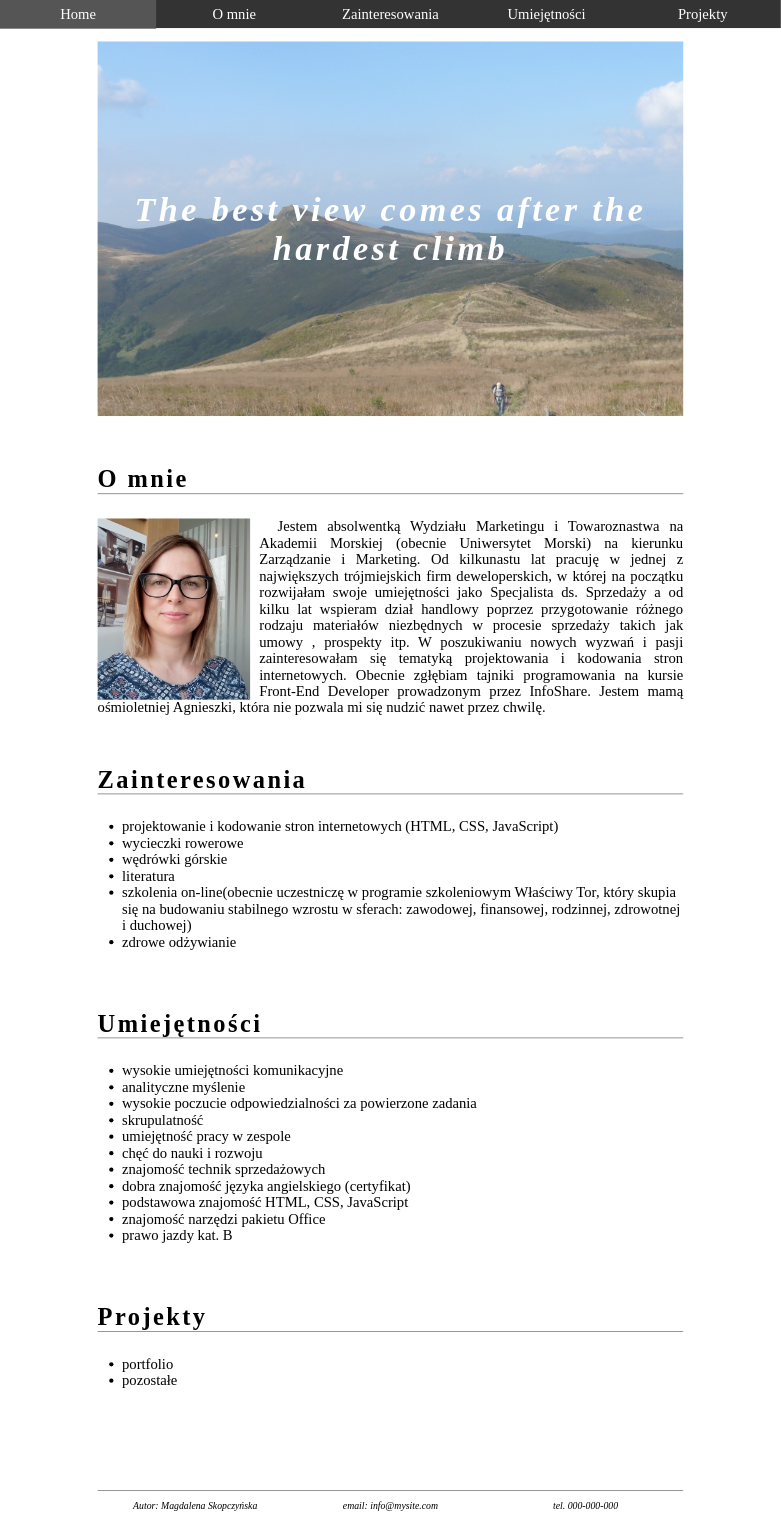
Repository: MagJaw/portfolio
Page: portfolio.html
These files come from the project's save history. The page is drawn as it stood at one moment and after the next save; the edit follows.
The browser window is 1280 px wide. The pictures show the whole page, at 61% of full size.

Above is the page before, as saved 2018-11-13 01:09:38.

### portfolio.html
<!DOCTYPE html>
<html lang="pl">
<head>
    <meta charset="UTF-8">
    <meta name="viewport" content="width=device-width, initial-scale=1.0">
    <meta http-equiv="X-UA-Compatible" content="ie=edge">
    <link rel="stylesheet" href="main.css">
    <title>Portfolio</title>
</head>
<body>
    <div id="wrapper">
        <div id="section1"></div>
        <nav role="navigation" class="menu__container">
            <ul class="menu">
                <li class="menu__section">
                    <a href="#section1">Home</a>
                </li>
                <li class="menu__section">
                    <a href="#section2">O mnie</a>
                </li>
                <li class="menu__section">
                    <a href="#section3">Zainteresowania</a>
                </li>
                <li class="menu__section">
                    <a href="#section4">Umiejętności</a>
                </li>
                <li class="menu__section">
                    <a href="#section5">Projekty</a>
                </li>
            </ul>
        </nav>
        <div class="motto__container">
            <blockquote id="quote"><b>The best view comes after the hardest climb</b></blockquote>
        </div>

        <div id="section2">
            <h1 class="header__section">O mnie</h1>
            <img src="portret.jpg" class="my__photo">
            <p id="history"> Jestem absolwentką Wydziału Marketingu i Towaroznastwa na Akademii Morskiej (obecnie Uniwersytet Morski) na kierunku Zarządzanie i Marketing. Od kilkunastu lat pracuję w jednej z największych trójmiejskich firm deweloperskich, w której na początku rozwijałam swoje umiejętności jako Specjalista ds. Sprzedaży a od kilku lat wspieram dział handlowy poprzez przygotowanie różnego rodzaju materiałów niezbędnych w procesie sprzedaży takich jak umowy , prospekty itp. W poszukiwaniu nowych wyzwań i pasji zainteresowałam się tematyką projektowania i kodowania stron internetowych. Obecnie zgłębiam tajniki programowania na kursie Front-End Developer prowadzonym przez InfoShare. Jestem mamą ośmioletniej Agnieszki, która nie pozwala mi się nudzić nawet przez chwilę.</p>
        </div>
        <div id="section3">
            <h1 class="header__section">Zainteresowania</h1>
            <ul>
                <li>projektowanie i kodowanie stron internetowych (HTML, CSS, JavaScript)</li>
                <li>wycieczki rowerowe</li>
                <li>wędrówki górskie</li>
                <li>literatura</li>
                <li>szkolenia on-line(obecnie uczestniczę w programie szkoleniowym Właściwy Tor, który skupia się na budowaniu stabilnego wzrostu w sferach: zawodowej, finansowej, rodzinnej, zdrowotnej i duchowej)</li>
                <li>zdrowe odżywianie</li>
            </ul>
        </div>
        <div id="section4">
            <h1 class="header__section">Umiejętności</h1>
            <ul>
                <li>wysokie umiejętności komunikacyjne</li>
                <li>analityczne myślenie</li>
                <li>wysokie poczucie odpowiedzialności za powierzone zadania</li>
                <li>skrupulatność</li>
                <li>umiejętność pracy w zespole</li>
                <li>chęć do nauki i rozwoju</li>
                <li>znajomość technik sprzedażowych</li>
                <li>dobra znajomość języka angielskiego (certyfikat)</li>
                <li>podstawowa znajomość HTML, CSS, JavaScript</li>
                <li>znajomość narzędzi pakietu Office</li>
                <li>prawo jazdy kat. B</li>
            </ul>
        </div>
        <div id="section5">
            <h1 class="header__section">Projekty</h1>
            <ul>
                <li>portfolio</li>
                <li>pozostałe</li>
            </ul>
        </div>
        <div id="footer">
            <p>Autor: Magdalena Skopczyńska</p>
            <p>email: info@mysite.com</p>
            <p>tel. 000-000-000</p>
        </div>
    </div>
</body>
</html>

### main.css
html {
    font-size: 16px;
    scroll-behavior: smooth;
  }

#wrapper {
    width: 100%;
    max-width: 960px;
    margin: 0 auto;
}

.menu__container {
background:  #333;
}

.menu {
    list-style-type: none;
    padding: 0;
    margin: 0;
}

.menu__container a {
    text-decoration: none;
    text-align: center;
    color: #fff;
    display: block;
    padding: 10px;
}

.menu__container a:hover {
background-color: #555;
}

.motto__container {
width: 100%;
height: 48vw;
background-image: url(tapeta.jpg);
background-color: #555;
opacity: 0.8;
display: table;
}

#quote {
font-size: 3.5em;
letter-spacing: 0.1em;
font-style: italic;
color: #fff;
text-align: center;
vertical-align: middle;
display: table-cell;
margin: 0;
}

p, li {
font-size: 1.5em;
}

.header__section {
font-size: 2.5em;
letter-spacing: 0.1em;
border-bottom: 1px solid #555;
margin-top: 1em;
margin-bottom: 1em;
}

.my__photo {
float: left;
padding-right: 15px;
}

#history {
margin: 0;
text-indent: 30px;
text-align: justify;
}

#footer {
height: 46px;
bottom: 0;
display: flex;
width: 100%;
border-top: 1px solid #555;
}

#footer p {
font-size: 1em;
font-style: italic;
display: block;
text-align: center;
width:100%;
}

#section5 {
padding-bottom: 150px;
}

@media screen and (max-width: 767px){
#quote {
font-size: 2em;
}

.my__photo {
    float: none;
    padding-right: 0;
    display: block;
    margin: 0 auto;
    }

#history {
    padding-top: 10px;
    }
}

@media screen and (min-width: 768px){

.menu {
display: flex;
}

.menu__section {
flex: 1 1 0;
}

.menu__container {
    background:  #333;
    z-index: 1;
    top: 0;
    left: 0;
    right: 0;
    height: 46px;
    position: fixed;
    }

.motto__container {
margin-top: 40px;
}

/*.header__section {
    margin-top: 46px;
    }
}*/

#section2,
#section3,
#section4,
#section5 {
padding-top: 40px;
}

#section1 {
padding: 10px;
}
}
@media screen and (min-width: 1700px){
    .motto__container {

    height: 24vw;
    }

After the next save:
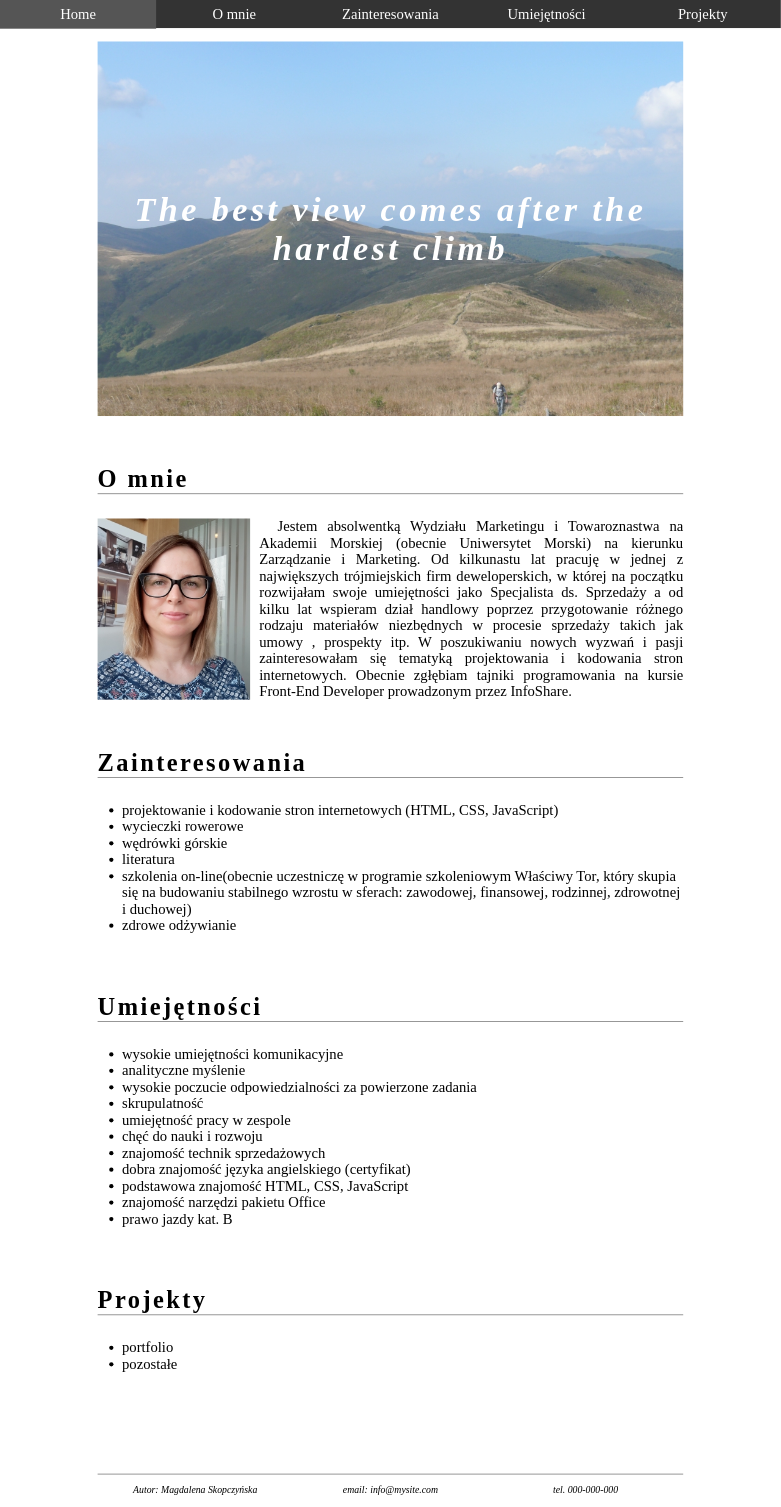
Saved 20 h 36 min later.
--- a/portfolio.html
+++ b/portfolio.html
@@ -36,7 +36,7 @@
         <div id="section2">
             <h1 class="header__section">O mnie</h1>
             <img src="portret.jpg" class="my__photo">
-            <p id="history"> Jestem absolwentką Wydziału Marketingu i Towaroznastwa na Akademii Morskiej (obecnie Uniwersytet Morski) na kierunku Zarządzanie i Marketing. Od kilkunastu lat pracuję w jednej z największych trójmiejskich firm deweloperskich, w której na początku rozwijałam swoje umiejętności jako Specjalista ds. Sprzedaży a od kilku lat wspieram dział handlowy poprzez przygotowanie różnego rodzaju materiałów niezbędnych w procesie sprzedaży takich jak umowy , prospekty itp. W poszukiwaniu nowych wyzwań i pasji zainteresowałam się tematyką projektowania i kodowania stron internetowych. Obecnie zgłębiam tajniki programowania na kursie Front-End Developer prowadzonym przez InfoShare. Jestem mamą ośmioletniej Agnieszki, która nie pozwala mi się nudzić nawet przez chwilę.</p>
+            <p id="history"> Jestem absolwentką Wydziału Marketingu i Towaroznastwa na Akademii Morskiej (obecnie Uniwersytet Morski) na kierunku Zarządzanie i Marketing. Od kilkunastu lat pracuję w jednej z największych trójmiejskich firm deweloperskich, w której na początku rozwijałam swoje umiejętności jako Specjalista ds. Sprzedaży a od kilku lat wspieram dział handlowy poprzez przygotowanie różnego rodzaju materiałów niezbędnych w procesie sprzedaży takich jak umowy , prospekty itp. W poszukiwaniu nowych wyzwań i pasji zainteresowałam się tematyką projektowania i kodowania stron internetowych. Obecnie zgłębiam tajniki programowania na kursie Front-End Developer prowadzonym przez InfoShare.</p>
         </div>
         <div id="section3">
             <h1 class="header__section">Zainteresowania</h1>
